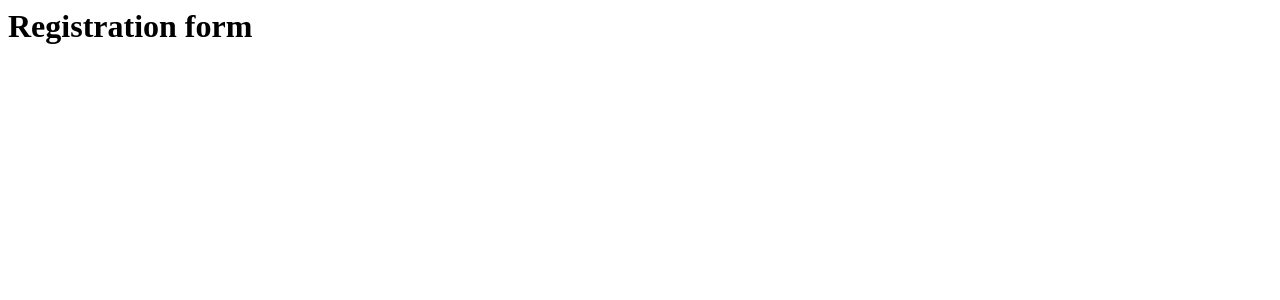
Repository: shiv-30/Spring-Boot-Projects
Page: springsecurity/src/main/resources/static/login.html
These files come from the project's save history. The page is drawn as it stood at one moment and after the next save; the edit follows.
The browser window is 1280 px wide. The pictures show the whole page.

Above is the page before, as saved 2022-08-11 06:25:01.

After the next save:
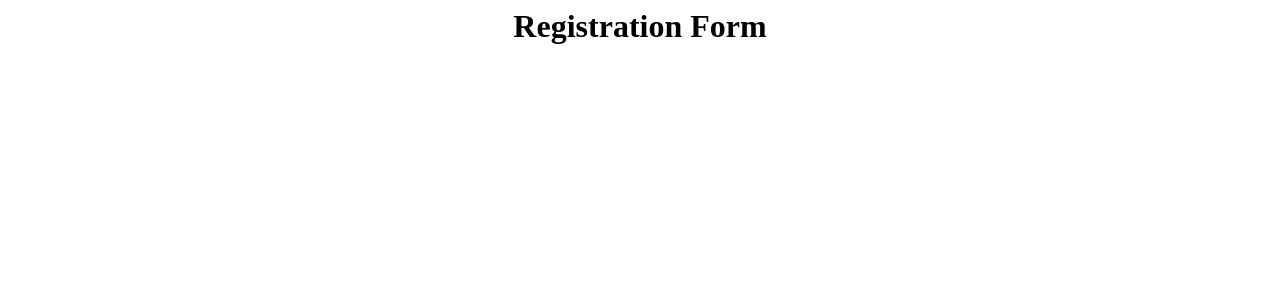
Saved 73 s later.
--- a/springsecurity/src/main/resources/static/login.html
+++ b/springsecurity/src/main/resources/static/login.html
@@ -4,6 +4,7 @@
 		<title>Registration</title>
 	</head>
 	<body>
-		<h1 style={marginLe>Registration form</h1>
+		<h1 style="text-align:center;">Registration Form</h1>
+
 	</body>
 </html>
